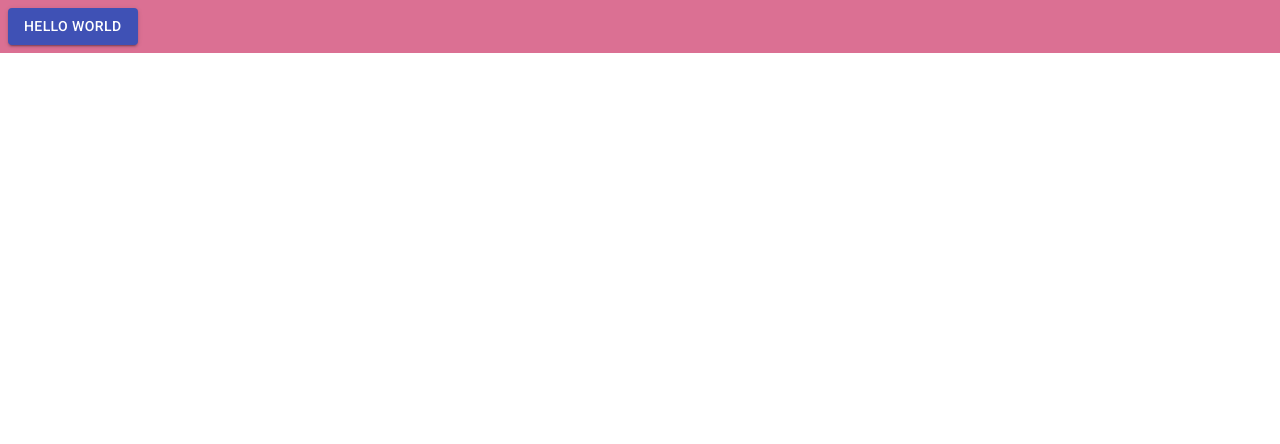
Repository: cherguiyacine/gitHubSearch
Page: /
The author's editor kept a copy of each file at every save. The page is drawn from the files as they stood at one save, then again after the next save.
The browser window is 1280 px wide. The pictures show the whole page.
The project was rebuilt for these pictures with package versions that can differ from the ones it lists, and the page was loaded fresh each time. Also part of the build but not shown: src/Component/Layout/Navbar.js, src/Component/Users/UserItem.js, src/Component/Layout/Spinner.js, src/Component/Users/Users.js, src/Component/Users/Search.js, src/App.js.

Above is the page before, as saved 2019-11-21 23:10:24.

### public/index.html
<!DOCTYPE html>
<html lang="en">
  <head>
    <meta charset="utf-8" />
    <link rel="icon" href="%PUBLIC_URL%/favicon.ico" />
    <meta name="viewport" content="width=device-width, initial-scale=1" />
    <meta name="theme-color" content="#000000" />
    <meta
      name="description"
      content="Web site created using create-react-app"
    />
    <link rel="apple-touch-icon" href="logo192.png" />

    <link rel="manifest" href="%PUBLIC_URL%/manifest.json" />
    <link
      rel="stylesheet"
      href="https://cdnjs.cloudflare.com/ajax/libs/font-awesome/4.7.0/css/font-awesome.min.css"
    />
    <link
      rel="stylesheet"
      href="https://fonts.googleapis.com/css?family=Roboto:300,400,500,700&display=swap"
    />
    <link
      rel="stylesheet"
      href="https://fonts.googleapis.com/icon?family=Material+Icons"
    />

    <title>Yacine App</title>
  </head>
  <body>
    <noscript>You need to enable JavaScript to run this app.</noscript>
    <div id="root"></div>
  </body>
</html>

### src/index.js
import React from "react";
import ReactDOM from "react-dom";
import "./index.css";
import App from "./App";
import Authentification from "./Authentification";
import * as serviceWorker from "./serviceWorker";

ReactDOM.render(<Authentification />, document.getElementById("root"));

// If you want your app to work offline and load faster, you can change
// unregister() to register() below. Note this comes with some pitfalls.
// Learn more about service workers: https://bit.ly/CRA-PWA
serviceWorker.unregister();

### src/Authentification.js
import React, { Component } from "react";
import Button from "@material-ui/core/Button";
import { Box } from "@material-ui/core";

export class Authentification extends Component {
  render() {
    return (
      <Box color='white' bgcolor='palevioletred' p={1}>
        <Button variant='contained' color='primary'>
          Hello World
        </Button>
      </Box>
    );
  }
}

export default Authentification;

Loaded but not shown: src/index.css (common file); src/serviceWorker.js (common file); src/App.css (common file)

After the next save:
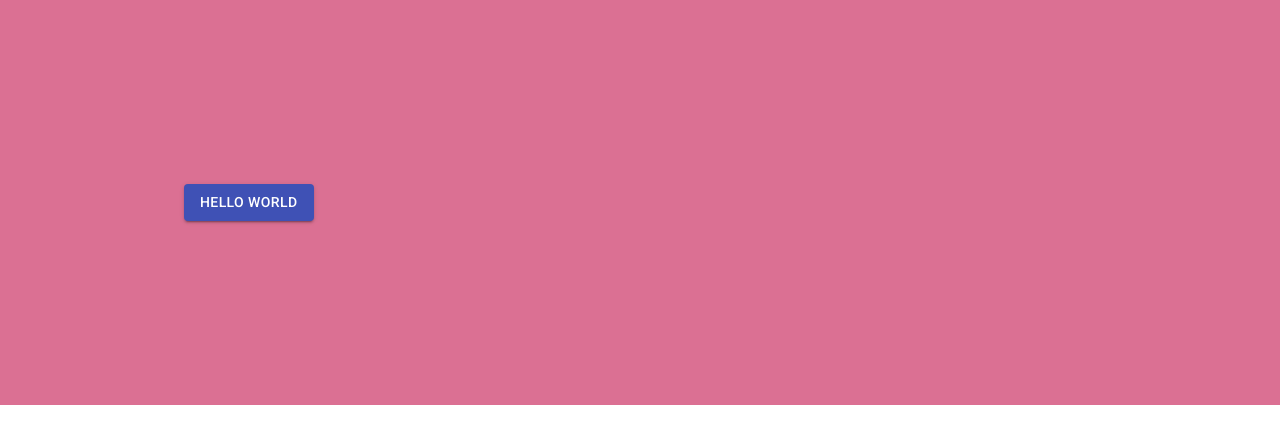
Saved 15 s later.
--- a/src/Authentification.js
+++ b/src/Authentification.js
@@ -5,7 +5,7 @@
 export class Authentification extends Component {
   render() {
     return (
-      <Box color='white' bgcolor='palevioletred' p={1}>
+      <Box color='white' bgcolor='palevioletred' p={23}>
         <Button variant='contained' color='primary'>
           Hello World
         </Button>

After the save that followed:
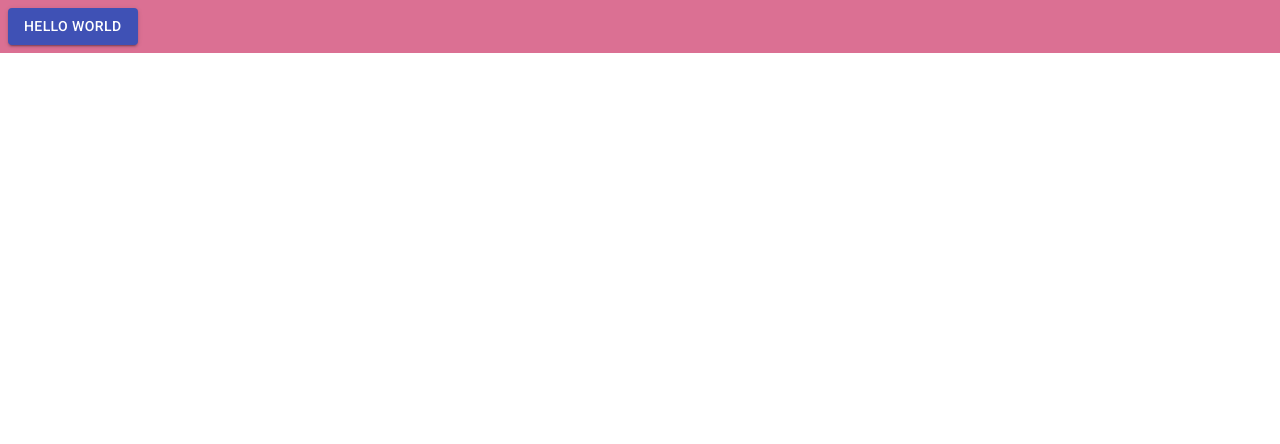
Saved 7 s later.
--- a/src/Authentification.js
+++ b/src/Authentification.js
@@ -5,7 +5,7 @@
 export class Authentification extends Component {
   render() {
     return (
-      <Box color='white' bgcolor='palevioletred' p={23}>
+      <Box color='white' bgcolor='palevioletred' p={1}>
         <Button variant='contained' color='primary'>
           Hello World
         </Button>
